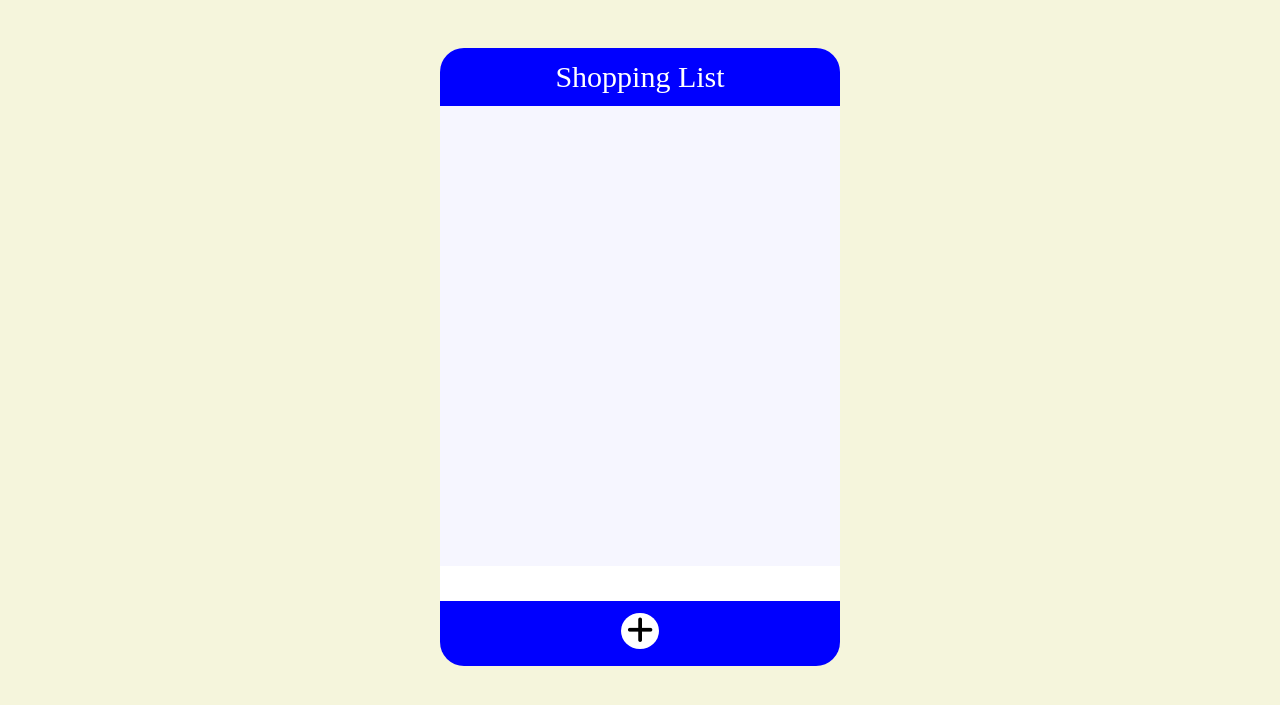
Repository: keehoonjung/Shopping-list
Page: index.html
The author's editor kept a copy of each file at every save. The page is drawn from the files as they stood at one save, then again after the next save.
The browser window is 1280 px wide. The pictures show the whole page.
Some web libraries are served in a nearby version.

Above is the page before, as saved 2021-08-09 14:27:53.

After the next save:
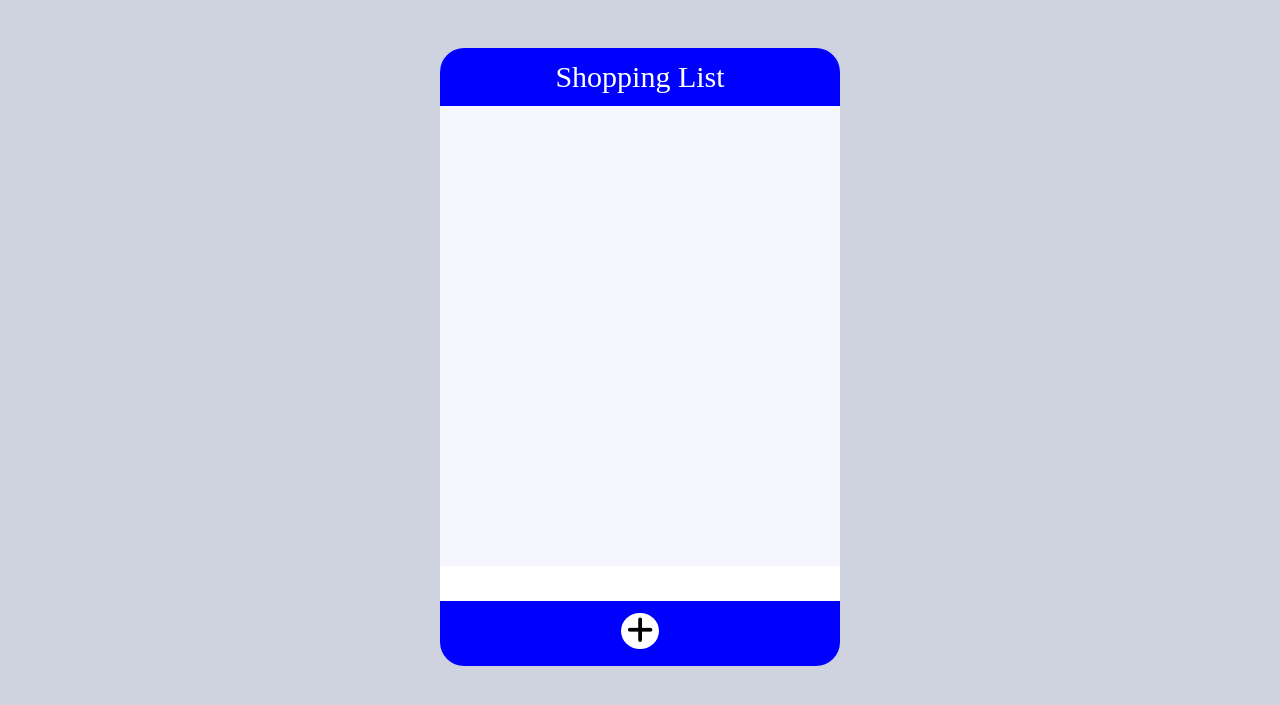
Saved 29 s later.
--- a/style.css
+++ b/style.css
@@ -3,7 +3,7 @@
 }
 
 body {
-  background-color: beige;
+  background-color: #ced3df;
   text-align: center;
 }
 
